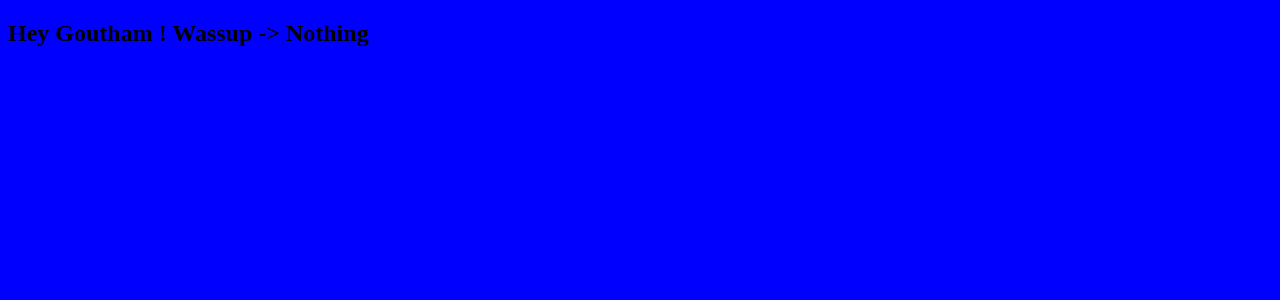
Repository: SaiGouthamVaddi/Visa-Training
Page: mywebapp/src/main/webapp/index.html
The author's editor kept a copy of each file at every save. The page is drawn from the files as they stood at one save, then again after the next save.
The browser window is 1280 px wide. The pictures show the whole page.

Above is the page before, as saved 2019-07-16 04:45:52.

### mywebapp/src/main/webapp/index.html
<!DOCTYPE html>
<html>
<head>
<meta charset="UTF-8">
<title>V-I-S-A</title>
</head>
<body bgcolor = "blue">

<h2>Hey Goutham ! Wassup -> Nothing</h2>

</body>
</html>

After the next save:
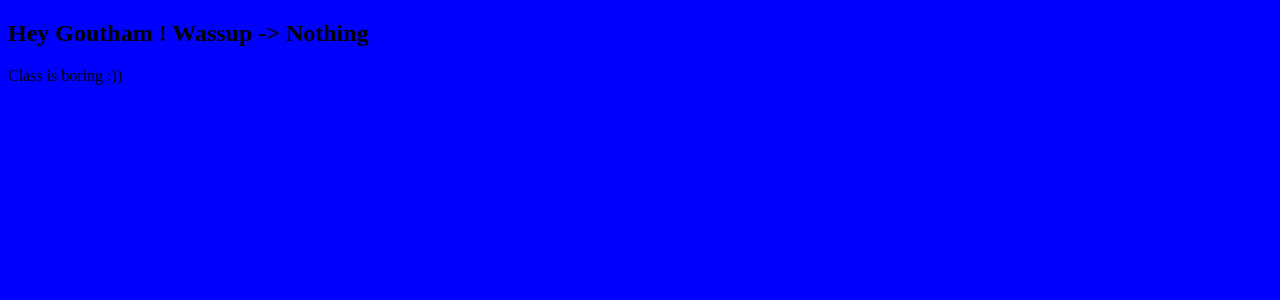
Saved 3 min 41 s later.
--- a/mywebapp/src/main/webapp/index.html
+++ b/mywebapp/src/main/webapp/index.html
@@ -7,6 +7,7 @@
 <body bgcolor = "blue">
 
 <h2>Hey Goutham ! Wassup -> Nothing</h2>
+<p>Class is boring :))</p>
 
 </body>
 </html>
